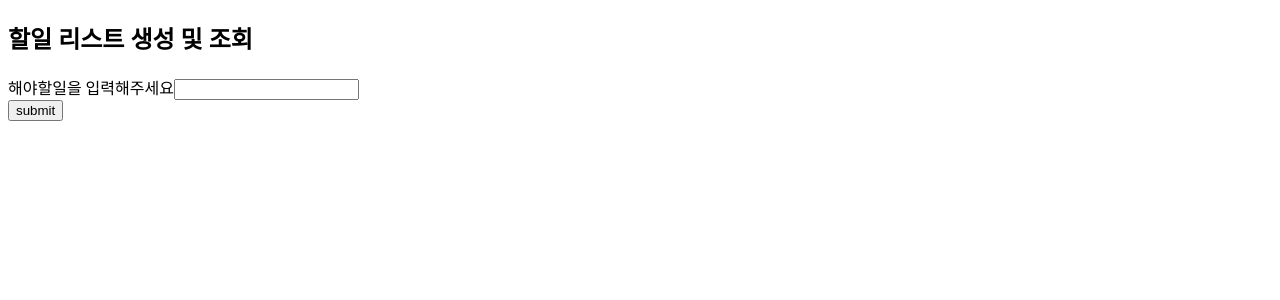
Repository: Tak-kuen/18-2
Page: http://localhost/studyjsp/TodoServlet
These files come from the project's save history. The page is drawn as it stood at one moment and after the next save; the edit follows.
The browser window is 1280 px wide. The pictures show the whole page.
The page is served by Tomcat 9. Other server files are loaded and not shown. Queries for data that is not in the repository find no rows.

Above is the page before, as saved 2018-10-04 01:38:00.

### code/studyjsp/WebContent/Jsp/372_todo.jsp
<%@ page language="java" contentType="text/html; charset=UTF-8"
    pageEncoding="UTF-8"%>
<%@ page import ="practice_181004.TodoBean, java.util.ArrayList" %>
<!DOCTYPE html>
<html>
<head>
<meta charset="UTF-8">
<title>1501163</title>
</head>
<body>
	<h2>할일 리스트 생성 및 조회</h2>
	<form action = "TodoServlet" method="post">
		해야할일을 입력해주세요<input type="text" name="detail" ><br/>
		<input type="submit" value="submit">
	</form>

	<%
		ArrayList<TodoBean> todoList = (ArrayList<TodoBean>)session.getAttribute("todoList");
		if(todoList !=null) {
			for(int i=0; i<todoList.size();i++) {
				out.println(todoList.get(i).getDetail());
			}
		}
	%>

</body>
</html>

### code/studyjsp/src/practice_181004/TodoServlet.java
package practice_181004;

import java.io.IOException;
import java.sql.*;
import javax.sql.*;

import javafx.animation.SequentialTransitionBuilder;

import javax.naming.*;
import java.util.ArrayList;

import javax.servlet.ServletException;
import javax.servlet.ServletRequest;
import javax.servlet.annotation.WebServlet;
import javax.servlet.http.HttpServlet;
import javax.servlet.http.HttpServletRequest;
import javax.servlet.http.HttpServletResponse;
import javax.servlet.http.HttpSession;

/**
 * Servlet implementation class TodoServlet
 */
@WebServlet("/TodoServlet")
public class TodoServlet extends HttpServlet {
	private static final long serialVersionUID = 1L;

    /**
     * @see HttpServlet#HttpServlet()
     */
    public TodoServlet() {
        super();
    }

	/**
	 * @see HttpServlet#doGet(HttpServletRequest request, HttpServletResponse response)
	 */
	protected void doGet(HttpServletRequest request, HttpServletResponse response) throws ServletException, IOException {
		HttpSession session= request.getSession();
		session.setAttribute("todoList", getList());
		request.getRequestDispatcher("Jsp/372_todo.jsp").forward(request,response);
		//������ ���� ��������� �Ѵ�.
		//
	}

	/**
	 * @see HttpServlet#doPost(HttpServletRequest request, HttpServletResponse response)
	 */
	protected void doPost(HttpServletRequest request, HttpServletResponse response) throws ServletException, IOException {
		request.setCharacterEncoding("utf-8");
		String detail=request.getParameter("detail");
		addList(detail);
		HttpSession session= request.getSession();
		session.setAttribute("todoList", getList());
		request.getRequestDispatcher("Jsp/372_todo.jsp").forward(request,response);
	}

	private ArrayList<TodoBean> getList() {
		ArrayList<TodoBean> list =null;
		Connection conn=null;
		PreparedStatement pstmt=null;
		ResultSet rs = null;

		try {
			Context initCtx = new InitialContext();
			Context envCtx = (Context) initCtx.lookup("java:comp/env");
			DataSource ds = (DataSource) envCtx.lookup("jdbc/test");
			conn= ds.getConnection();

			list=new ArrayList<>();

			String sql="select * from todo";
			pstmt=conn.prepareStatement(sql);
			rs=pstmt.executeQuery();

			while(rs.next()) {
				TodoBean bean=new TodoBean();
				bean.setId(rs.getInt("id"));
				bean.setDetail(rs.getString("detail"));
				bean.setDone(rs.getBoolean("done"));
				list.add(bean);
			}//while
		}catch(Exception e) {
			e.printStackTrace();
		}finally {
			if(rs!=null){
				try{rs.close();}catch(SQLException sqle) {}
			}
			if(pstmt!=null){
				try{pstmt.close();}catch(SQLException sqle){}
			}
			if(conn!=null) {
				try{conn.close();} catch(SQLException sqle){}
			}
		}

		return list;
	}	//getList()

	private int addList(String detail) {
		int result =0;
		Connection conn=null;
		PreparedStatement pstmt=null;
		ResultSet rs = null;
		try {
			Context initCtx = new InitialContext();
			Context envCtx = (Context) initCtx.lookup("java:comp/env");
			DataSource ds = (DataSource) envCtx.lookup("jdbc/test");
			conn= ds.getConnection();
			String sql="insert into todo (detail) values (?)";
			pstmt=conn.prepareStatement(sql);
			pstmt.setString(1, detail);
			result=pstmt.executeUpdate();
		}catch(Exception e) {
			e.printStackTrace();
		}finally {
			if(rs!=null){
				try{rs.close();}catch(SQLException sqle) {}
			}
			if(pstmt!=null){
				try{pstmt.close();}catch(SQLException sqle){}
			}
			if(conn!=null) {
				try{conn.close();} catch(SQLException sqle){}
			}
		}	//final
		return result;
	}

}

After the next save:
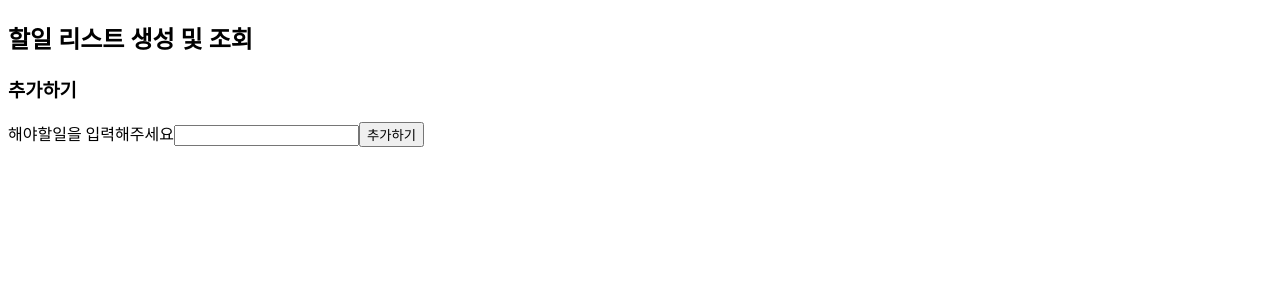
Saved 76 s later.
--- a/code/studyjsp/WebContent/Jsp/372_todo.jsp
+++ b/code/studyjsp/WebContent/Jsp/372_todo.jsp
@@ -9,9 +9,9 @@
 </head>
 <body>
 	<h2>할일 리스트 생성 및 조회</h2>
+	<h3>추가하기</h3>
 	<form action = "TodoServlet" method="post">
-		해야할일을 입력해주세요<input type="text" name="detail" ><br/>
-		<input type="submit" value="submit">
+		해야할일을 입력해주세요<input type="text" name="detail" ><input type="submit" value="추가하기"><br/>
 	</form>
 
 	<%
